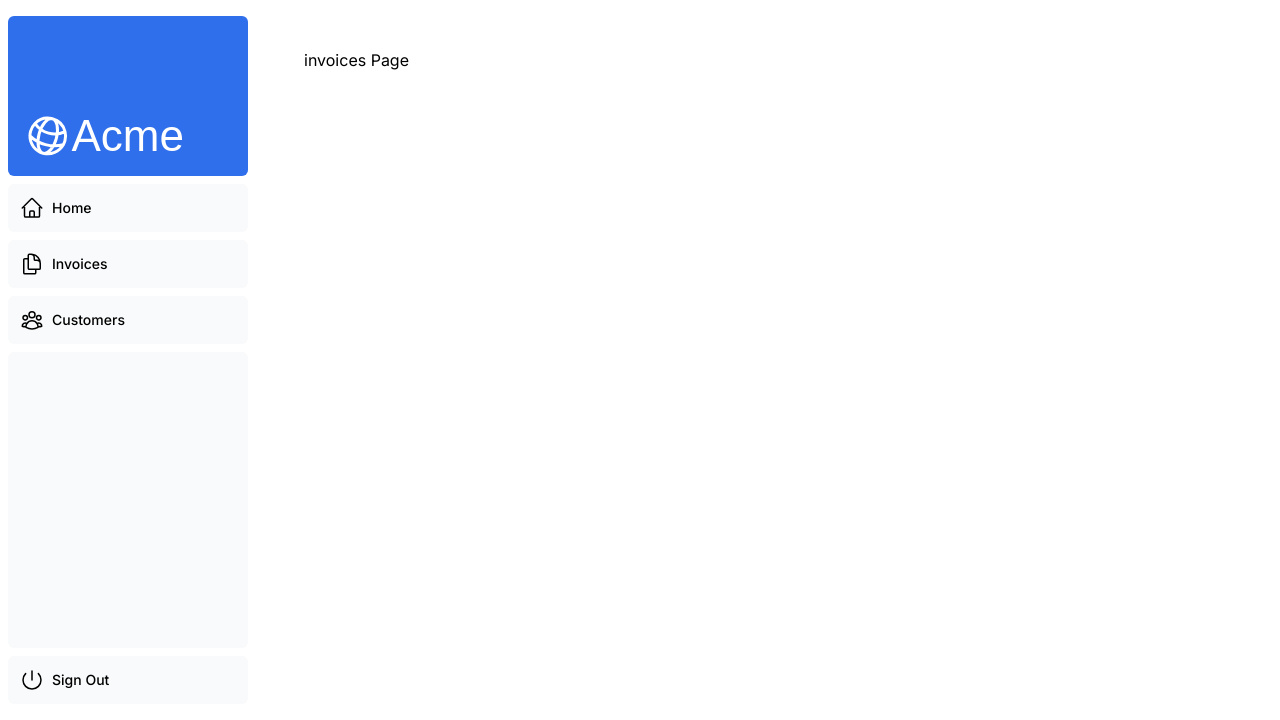
Repository: xupppp/next-project
Page: /dashboard/invoices
The author's editor kept a copy of each file at every save. The page is drawn from the files as they stood at one save, then again after the next save.
The browser window is 1280 px wide. The pictures show the whole page.
Some web fonts or font styles are not loaded; a fallback is used. The project was rebuilt for these pictures with package versions that can differ from the ones it lists, and the page was loaded fresh each time. The framework's server and built-in components were replaced by stand-ins that run in the browser. Also part of the build but not shown: next.config.js.

Above is the page before, as saved 2023-12-12 13:47:35.

### app/dashboard/invoices/page.tsx
export default function Page() {
    return <p>invoices Page</p>;
}

### app/ui/dashboard/sidenav.tsx
import Link from 'next/link';
import NavLinks from '@/app/ui/dashboard/nav-links';
import AcmeLogo from '@/app/ui/acme-logo';
import { PowerIcon } from '@heroicons/react/24/outline';

export default function SideNav() {
  return (
    <div className="flex h-full flex-col px-3 py-4 md:px-2">
      <Link
        className="mb-2 flex h-20 items-end justify-start rounded-md bg-blue-600 p-4 md:h-40"
        href="/"
      >
        <div className="w-32 text-white md:w-40">
          <AcmeLogo />
        </div>
      </Link>
      <div className="flex grow flex-row justify-between space-x-2 md:flex-col md:space-x-0 md:space-y-2">
        <NavLinks />
        <div className="hidden h-auto w-full grow rounded-md bg-gray-50 md:block"></div>
        <form>
          <button className="flex h-[48px] w-full grow items-center justify-center gap-2 rounded-md bg-gray-50 p-3 text-sm font-medium hover:bg-sky-100 hover:text-blue-600 md:flex-none md:justify-start md:p-2 md:px-3">
            <PowerIcon className="w-6" />
            <div className="hidden md:block">Sign Out</div>
          </button>
        </form>
      </div>
    </div>
  );
}

### app/ui/dashboard/nav-links.tsx
import {
  UserGroupIcon,
  HomeIcon,
  DocumentDuplicateIcon,
} from '@heroicons/react/24/outline';
import Link from 'next/link';

// Map of links to display in the side navigation.
// Depending on the size of the application, this would be stored in a database.
const links = [
  { name: 'Home', href: '/dashboard', icon: HomeIcon },
  {
    name: 'Invoices',
    href: '/dashboard/invoices',
    icon: DocumentDuplicateIcon,
  },
  { name: 'Customers', href: '/dashboard/customers', icon: UserGroupIcon },
];

export default function NavLinks() {
  return (
    <>
      {links.map((link) => {
        const LinkIcon = link.icon;
        return (
          <Link
            key={link.name}
            href={link.href}
            className="flex h-[48px] grow items-center justify-center gap-2 rounded-md bg-gray-50 p-3 text-sm font-medium hover:bg-sky-100 hover:text-blue-600 md:flex-none md:justify-start md:p-2 md:px-3"
          >
            <LinkIcon className="w-6" />
            <p className="hidden md:block">{link.name}</p>
          </Link>
        );
      })}
    </>
  );
}

Loaded but not shown: app/layout.tsx (common file); app/dashboard/layout.tsx (common file); app/ui/global.css (common file); app/ui/fonts.ts (common file); app/ui/acme-logo.tsx (common file); tailwind.config.ts (common file)

After the next save:
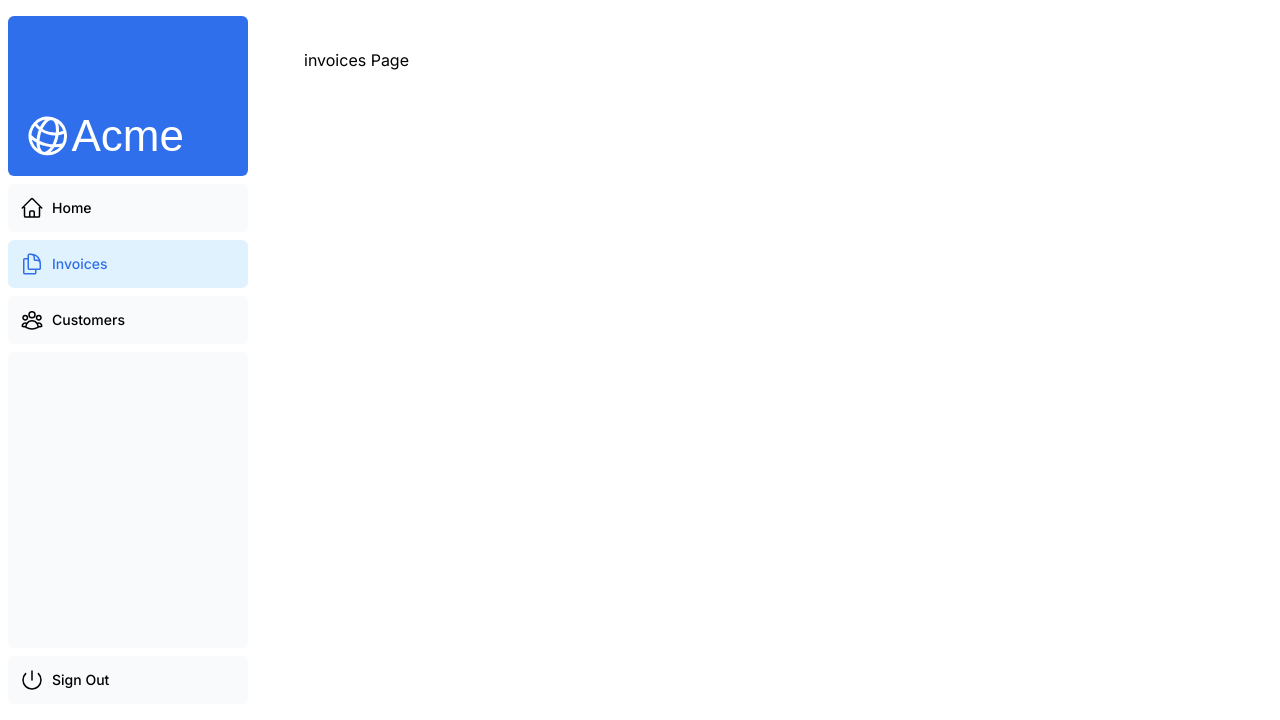
Saved 11 min 34 s later.
--- a/app/ui/dashboard/nav-links.tsx
+++ b/app/ui/dashboard/nav-links.tsx
@@ -1,10 +1,12 @@
+'use client'
 import {
   UserGroupIcon,
   HomeIcon,
   DocumentDuplicateIcon,
 } from '@heroicons/react/24/outline';
 import Link from 'next/link';
-
+import { usePathname } from 'next/navigation'
+import clsx from 'clsx';
 // Map of links to display in the side navigation.
 // Depending on the size of the application, this would be stored in a database.
 const links = [
@@ -18,6 +20,7 @@ const links = [
 ];
 
 export default function NavLinks() {
+  const pathname = usePathname();
   return (
     <>
       {links.map((link) => {
@@ -26,7 +29,11 @@ export default function NavLinks() {
           <Link
             key={link.name}
             href={link.href}
-            className="flex h-[48px] grow items-center justify-center gap-2 rounded-md bg-gray-50 p-3 text-sm font-medium hover:bg-sky-100 hover:text-blue-600 md:flex-none md:justify-start md:p-2 md:px-3"
+            className={clsx('flex h-[48px] grow items-center justify-center gap-2 rounded-md bg-gray-50 p-3 text-sm font-medium hover:bg-sky-100 hover:text-blue-600 md:flex-none md:justify-start md:p-2 md:px-3',
+              {
+                'bg-sky-100 text-blue-600': pathname === link.href,
+              },
+            )}
           >
             <LinkIcon className="w-6" />
             <p className="hidden md:block">{link.name}</p>
